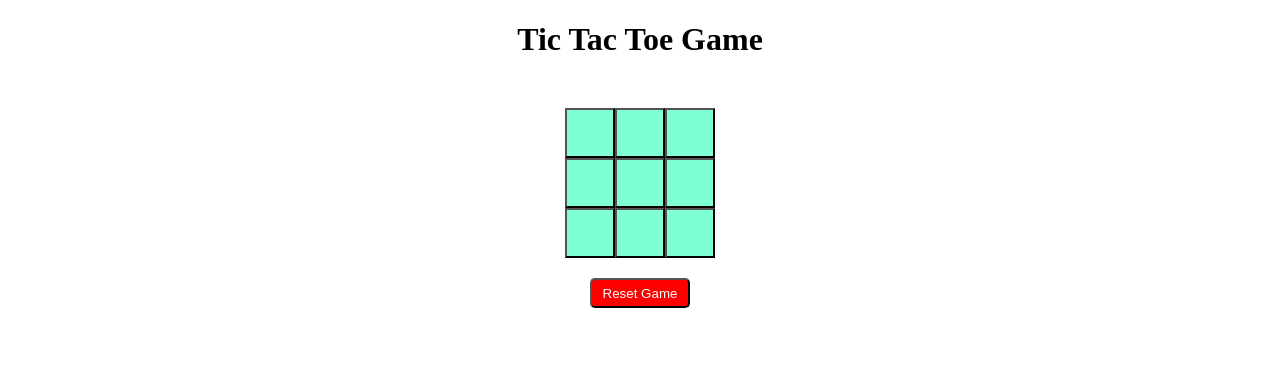
Repository: Wahid137/tic-tac-toe-game
Page: /
An editor plug-in stored every save of this project. The page is shown before and after the next save, followed by the edit.
The browser window is 1280 px wide. The pictures show the whole page.
The project was rebuilt for these pictures with package versions that can differ from the ones it lists, and the page was loaded fresh each time. Also part of the build but not shown: vite.config.js, src/index.css.

Above is the page before, as saved 2023-09-18 01:48:50.

After the next save:
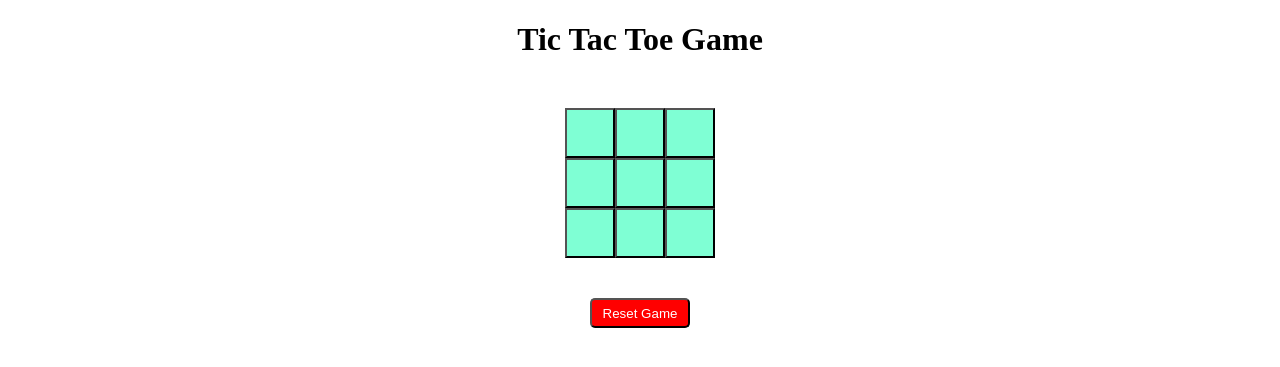
Saved 7 s later.
--- a/src/App.css
+++ b/src/App.css
@@ -30,5 +30,5 @@ h1{
 
 .btn-div{
   text-align: center;
-  margin-top: 20px;
+  margin-top: 40px;
 }
